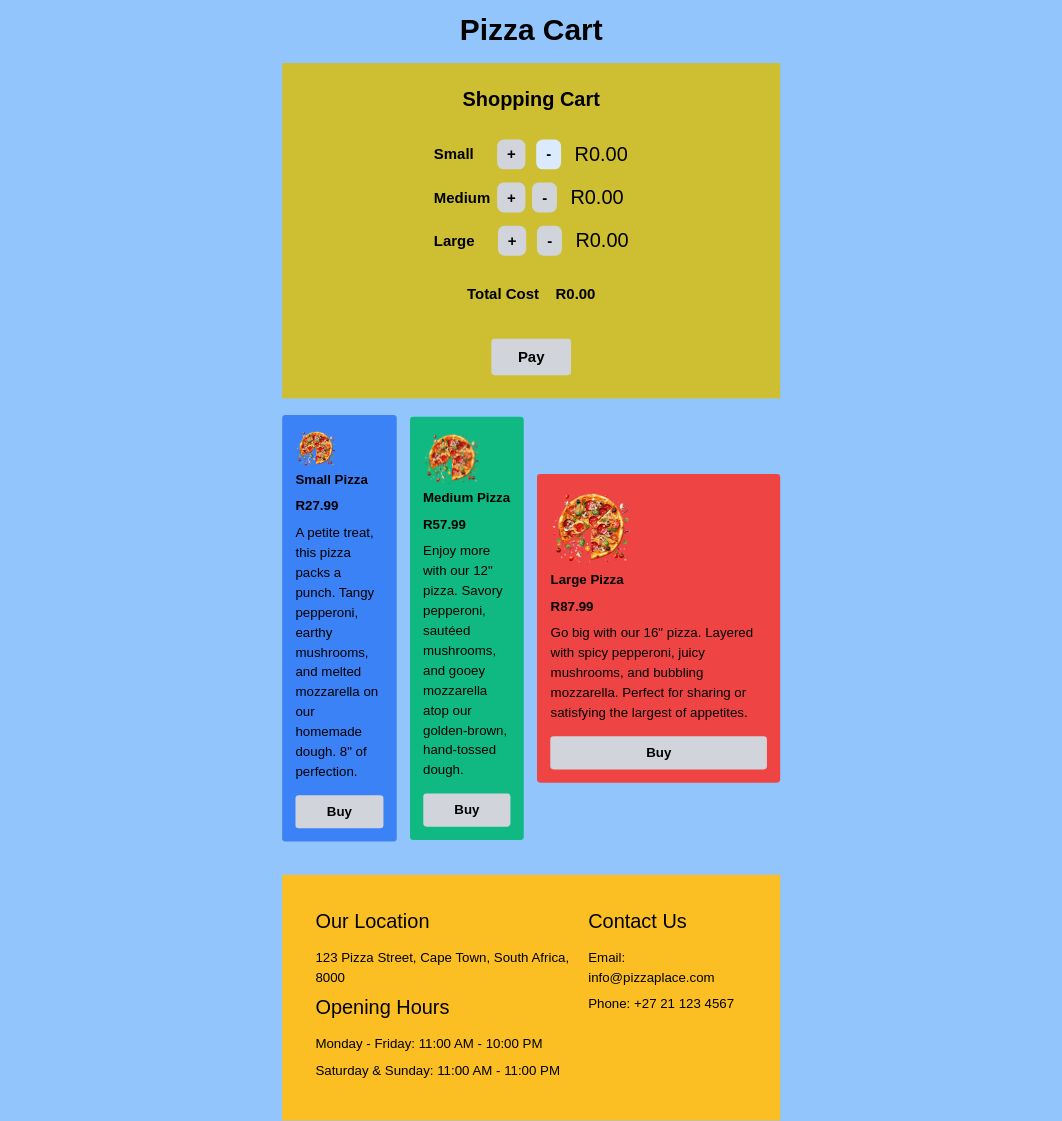
Repository: lasity34/pizza_cart
Page: index.html
These files come from the project's save history. The page is drawn as it stood at one moment and after the next save; the edit follows.
The browser window is 1280 px wide. The pictures show the whole page, at 83% of full size.
Some web fonts or font styles are not loaded; a fallback is used. Some web libraries are served in a nearby version.

Above is the page before, as saved 2023-07-12 13:49:21.

After the next save:
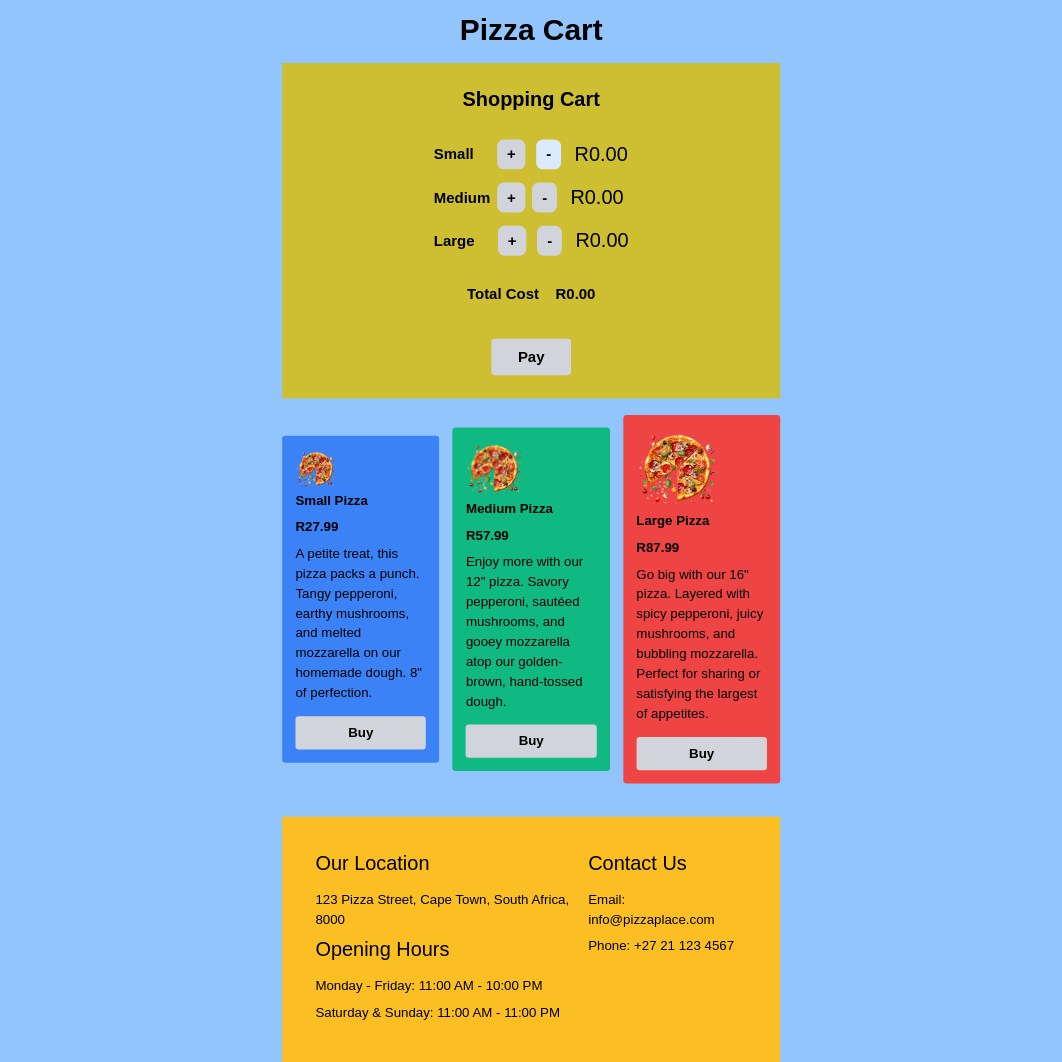
Saved 84 s later.
--- a/index.html
+++ b/index.html
@@ -117,7 +117,7 @@
     <section class="pizza_columns">
       <div class="flex flex-col gap-4 items-center  mx-auto md:flex-row"  >
         <div
-          class="pizza_sm bg-blue-500 rounded p-4 w-4/5 max-w-sm flex flex-col justify-between text-black"
+          class="pizza_sm bg-blue-500 rounded p-4 w-4/5  flex flex-col justify-between text-black"
         >
           <div>
             <img src="./pizza.png" width="50" />
@@ -138,7 +138,7 @@
         </button>
         </div>
         <div
-          class="pizza_md bg-green-500 rounded p-4 w-4/5 max-w-sm flex flex-col justify-between text-black"
+          class="pizza_md bg-green-500 rounded p-4 w-4/5  flex flex-col justify-between text-black"
         >
           <div>
             <img src="./pizza.png" width="70" />
@@ -159,7 +159,7 @@
         </button>
         </div>
         <div
-          class="pizza_lg bg-red-500 rounded p-4 w-auto max-w-sm flex flex-col justify-between text-black"
+          class="pizza_lg bg-red-500 rounded p-4 w-4/5  flex flex-col justify-between text-black"
         >
           <div>
             <img src="./pizza.png" width="100" />
